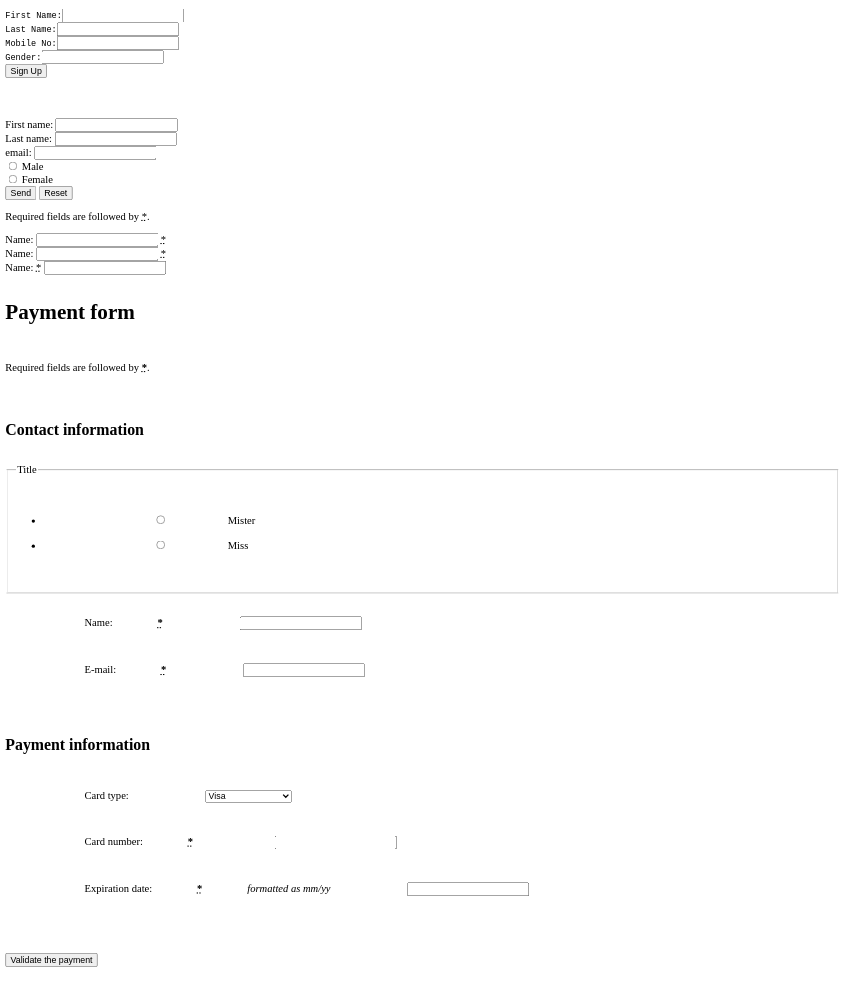
Repository: USChaurasiya/SpringCore
Page: http://localhost/SpringExample/
An editor plug-in stored every save of this project. The page is shown before and after the next save, followed by the edit.
The browser window is 1280 px wide. The pictures show the whole page, at 66% of full size.
The page is served by Tomcat 9.

Above is the page before, as saved 2017-02-14 07:18:39.

After the next save:
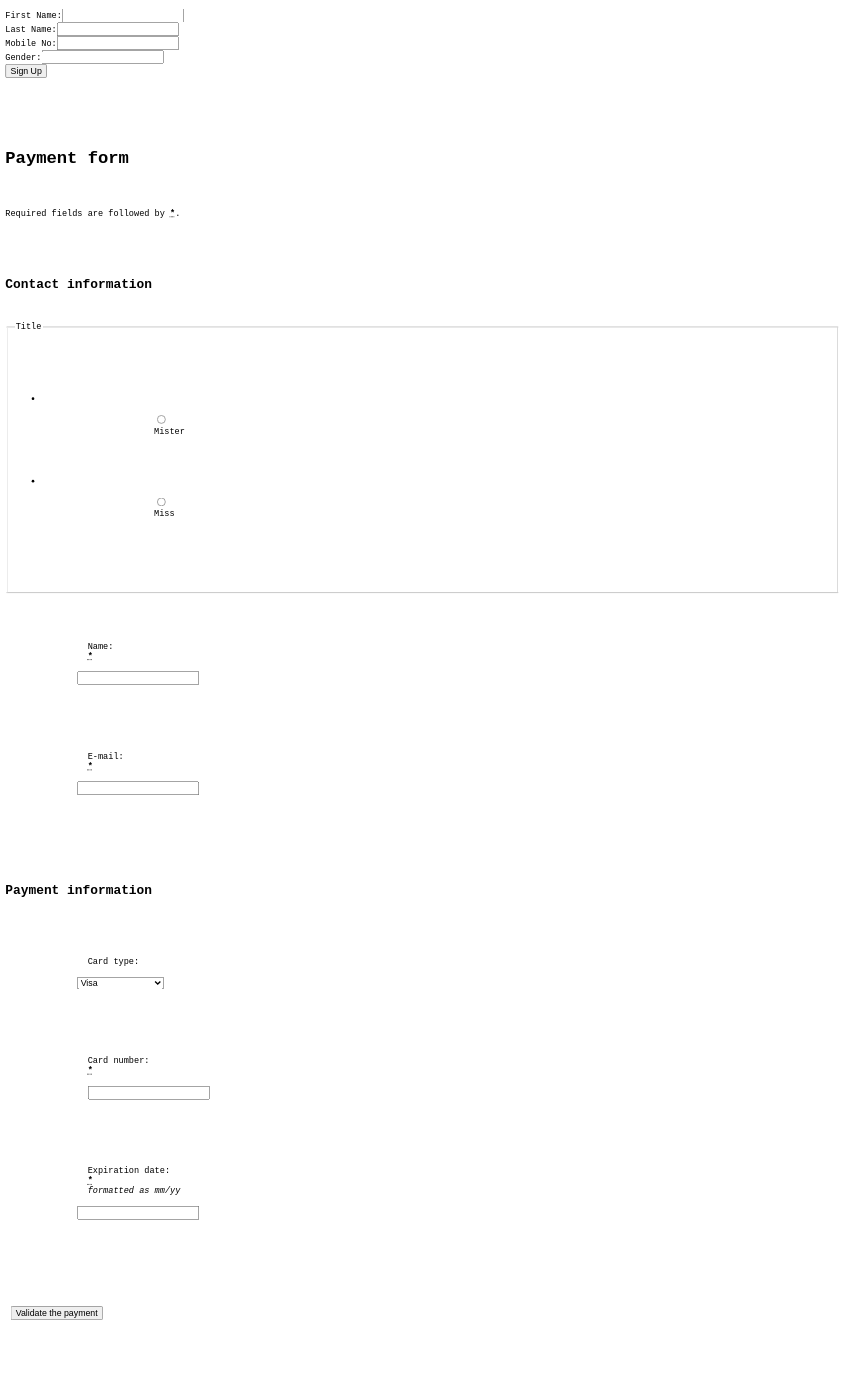
Saved 67 s later.
--- a/SpringExample/WebContent/Signup.jsp
+++ b/SpringExample/WebContent/Signup.jsp
@@ -7,7 +7,7 @@
 <title>Insert title here</title>
 </head>
 <body>
-	<form action="signup.do" method="post">
+	<form >
 		<pre>
 First Name:<input type="text" name="fname">
 Last Name:<input type="text" name="lname">
@@ -17,47 +17,8 @@ Gender:<input type="text" name="gender">
 
 
 
-</pre>
 
-	</form>
-
-	<FORM action="http://somesite.com/prog/adduser" method="post">
-    <P>
-    <LABEL for="firstname">First name: </LABEL>
-              <INPUT type="text" id="firstname"><BR>
-    <LABEL for="lastname">Last name: </LABEL>
-              <INPUT type="text" id="lastname"><BR>
-    <LABEL for="email">email: </LABEL>
-              <INPUT type="text" id="email"><BR>
-    <INPUT type="radio" name="sex" value="Male"> Male<BR>
-    <INPUT type="radio" name="sex" value="Female"> Female<BR>
-    <INPUT type="submit" value="Send"> <INPUT type="reset">
-    </P>
- </FORM>
-	<p>Required fields are followed by <abbr title="required">*</abbr>.</p>
-
-<!-- So this: -->
-<div>
-  <label for="username">Name:</label>
-  <input type="text" name="username">
-  <label for="username"><abbr title="required">*</abbr></label>
-</div>
-
-<!-- would be better done like this: -->
-<div>
-  <label for="username">
-    <span>Name:</span>
-    <input id="username" type="text" name="username">
-    <abbr title="required">*</abbr>
-  </label>
-</div>
-
-<!-- But this is probably best: -->
-<div>
-  <label for="username">Name: <abbr title="required">*</abbr></label>
-  <input id="username" type="text" name="username">
-</div>
-	<form>
+	<form action="signup.do" method="post">
         <h1>Payment form</h1>
         <p>Required fields are followed by <strong><abbr title="required">*</abbr></strong>.</p>
         <section>
